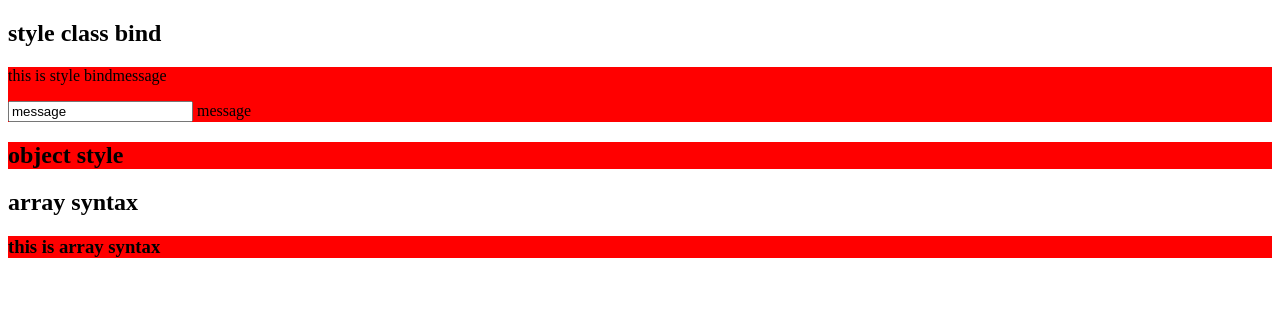
Repository: MeghaNagari/PracticeAtVMC
Page: Practice/VuePractice/WebContent/ClassStyleBind.html
The author's editor kept a copy of each file at every save. The page is drawn from the files as they stood at one save, then again after the next save.
The browser window is 1280 px wide. The pictures show the whole page.
Some web libraries are served in a nearby version.

Above is the page before, as saved 2018-03-19 18:12:12.

### Practice/VuePractice/WebContent/ClassStyleBind.html
<!DOCTYPE html>
<html>
<head>
<meta charset="UTF-8">
<title>Insert title here</title>
<script src="https://cdn.jsdelivr.net/npm/vue@2.5.16/dist/vue.js"></script>

<style>
         .active {
            background: red;
         }




      </style>

</head>
<body>
<h2>style class bind</h2>
<div id="test1">
<div class="static" v-bind:class="{ active: isActive, 'text-danger': hasError }">

     <p> this is style bind{{msg}}</p>



<input type="text" v-model=msg>
{{msg}}
</div>
</div>

<div id="test2">
<div v-bind:class="classObject">
<h2>object style</h2>
</div>
</div>

<h2>array syntax</h2>
<div id="test3">
<div v-bind:class="[activeClass, errorClass]">
<h3>this is array syntax</h3>

</div>
</div>
</body>

<script>
new Vue({

	el:"#test1",
	data: {
		  isActive: true,
		  hasError: false,
		  msg:"message"
		}


})

</script>

<script>
new Vue({
	el:"#test2",

data: {
	  isActive: true,
	  error: null
	},
	computed: {
	  classObject: function () {
	    return {
	      active: this.isActive && !this.error,
	      'text-danger': this.error && this.error.type === 'fatal'
	    }
	  }
	}
})


</script>


<script>

new Vue({

	el:"#test3",
	data: {
		  activeClass: 'active',
		  errorClass: 'text-danger'
		}


})



</script>


</html>

After the next save:
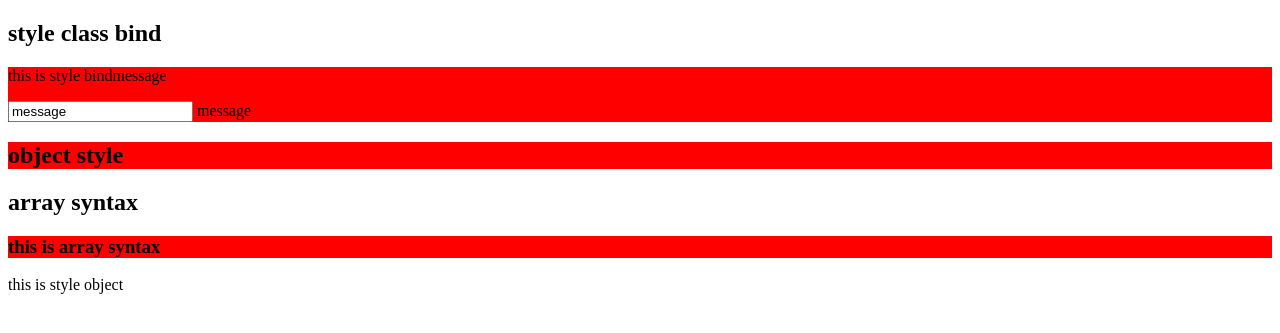
Saved 3 min 56 s later.
--- a/Practice/VuePractice/WebContent/ClassStyleBind.html
+++ b/Practice/VuePractice/WebContent/ClassStyleBind.html
@@ -42,6 +42,16 @@
 <h3>this is array syntax</h3>
 
 </div>
+</div>
+<div id="test4">
+
+<div v-bind:style="styleObject">
+
+
+<p>this is style object</p>
+</div>
+
+
 </div>
 </body>
 
